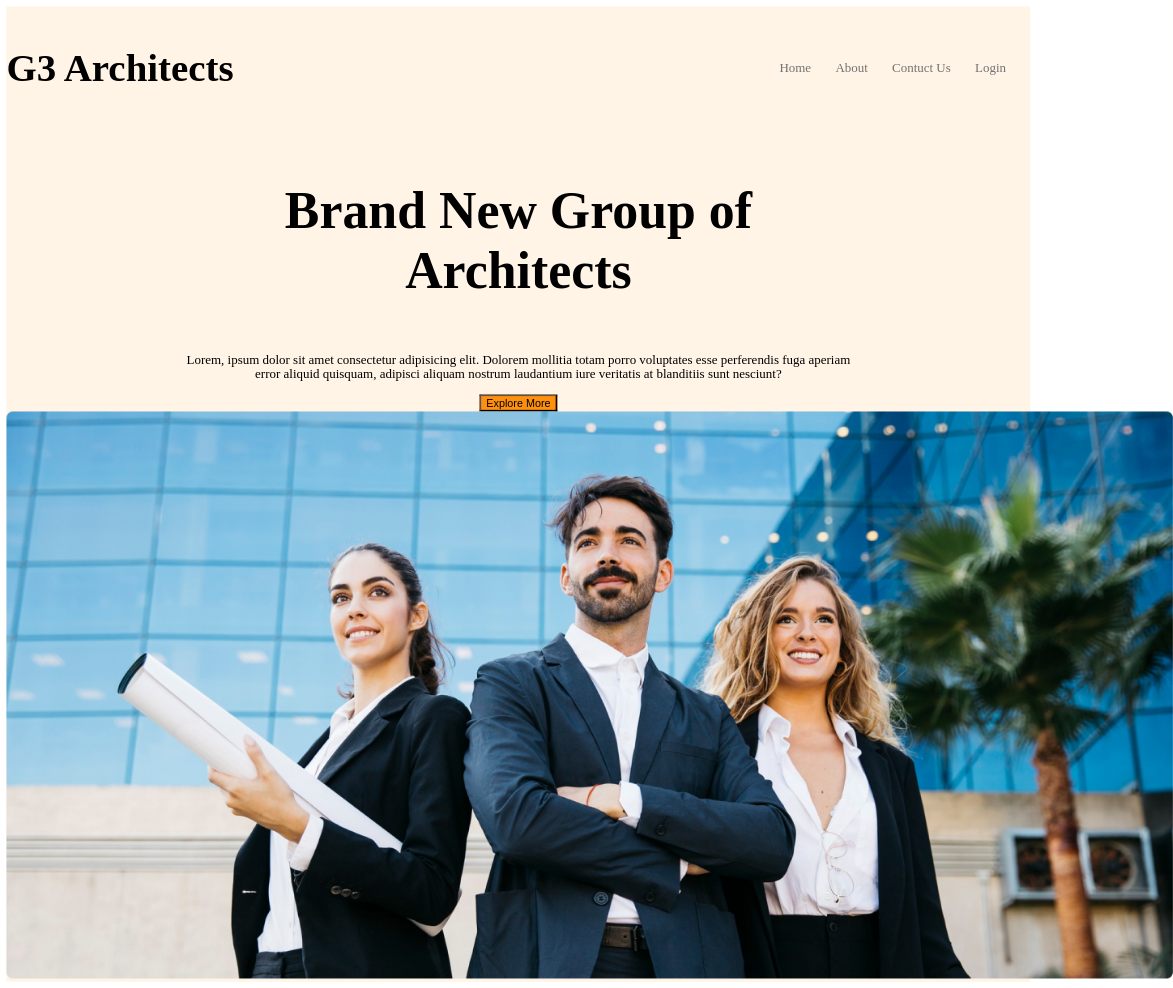
Repository: Safin421/g3-responsive-website
Page: index.html
An editor plug-in stored every save of this project. The page is shown before and after the next save, followed by the edit.
The browser window is 1280 px wide. The page is 1448 px wide, so the pictures cover 1448 px, including what lies to the right of the window. The pictures show the whole page, at 81% of full size.

Above is the page before, as saved 2024-08-19 23:07:23.

After the next save:
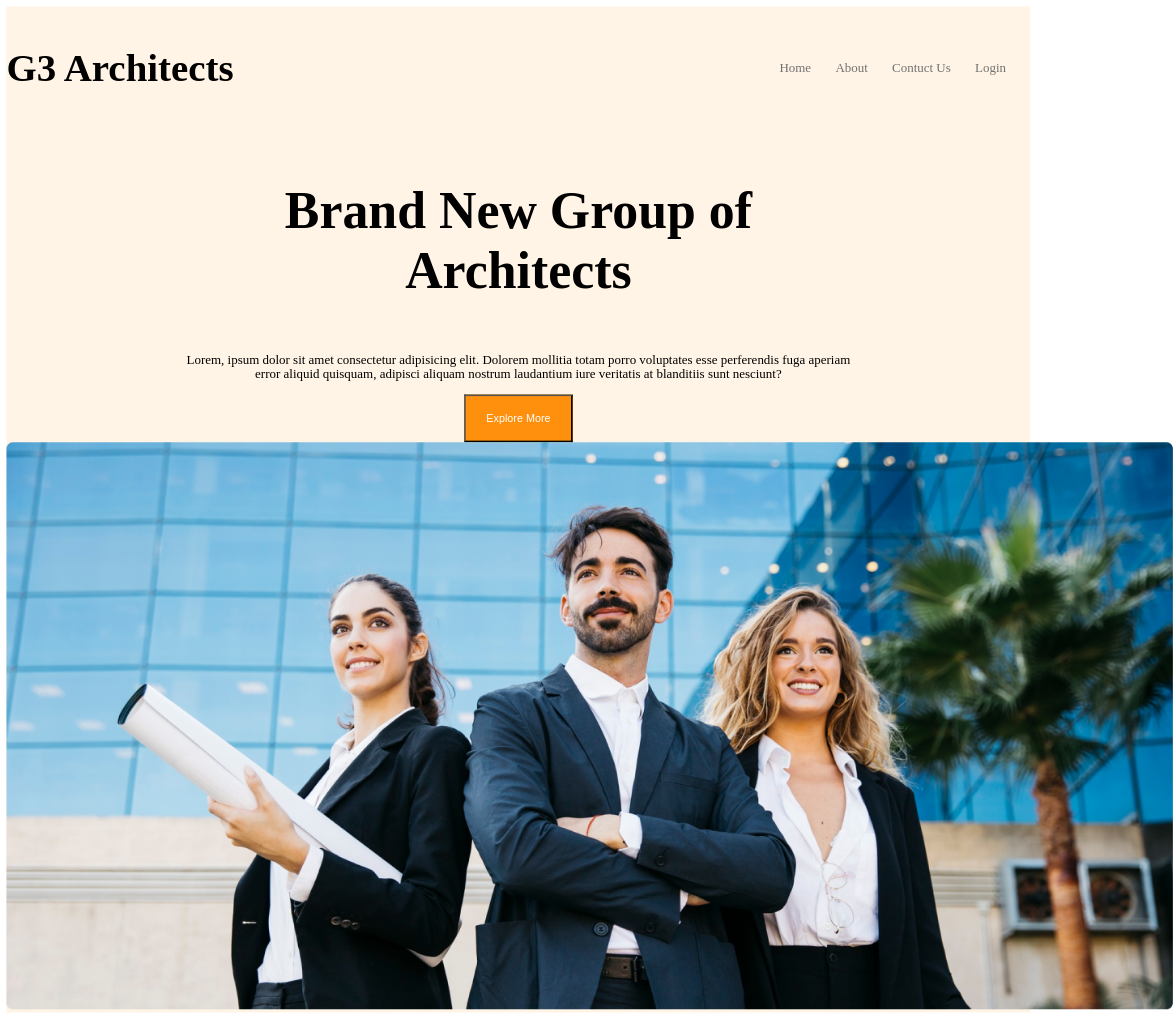
Saved 74 s later.
--- a/style/style.css
+++ b/style/style.css
@@ -14,6 +14,8 @@
 }
 .btn-primary{
     background-color: #ff900e;
+    color: white;
+    padding: 20px 25px;
 }
 /* dark02 */
 .text-gray{
